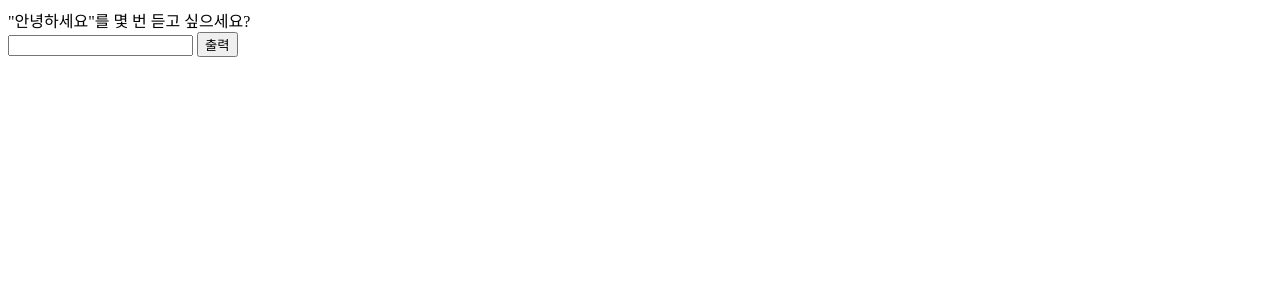
Repository: uzchu/jsp
Page: workspace/JSPPrj/src/main/webapp/reg.html
These files come from the project's save history. The page is drawn as it stood at one moment and after the next save; the edit follows.
The browser window is 1280 px wide. The pictures show the whole page.

Above is the page before, as saved 2021-05-21 08:10:26.

After the next save:
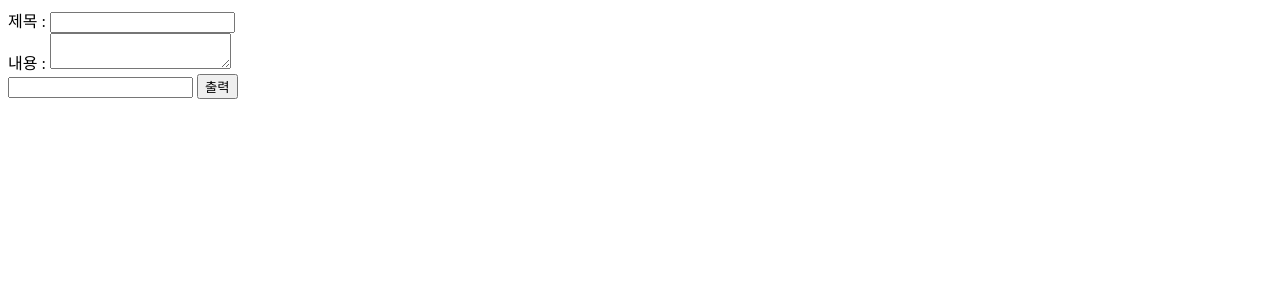
Saved 3 min 38 s later.
--- a/workspace/JSPPrj/src/main/webapp/reg.html
+++ b/workspace/JSPPrj/src/main/webapp/reg.html
@@ -6,9 +6,13 @@
 </head>
 <body>
 	<div>
-		<form action = "hi">
+		<form action = "notice-reg">
 			<div>
-				<label>"안녕하세요"를 몇 번 듣고 싶으세요?</label>
+				<label>제목 : <input type="text"></label>
+			</div>
+			<div>
+				<label>내용 : </label>
+				<textarea name="content"></textarea>
 			</div>
 			<div>
 				<input type="text" name="cnt"/>
